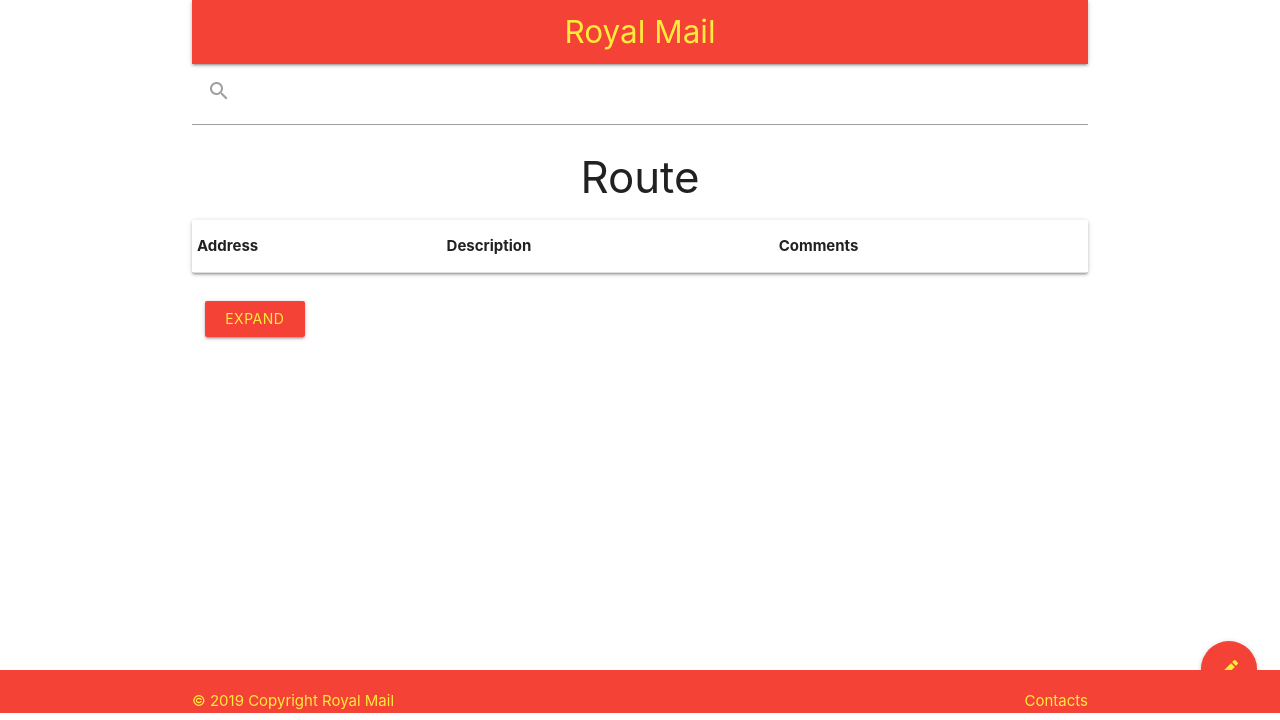
Repository: bandyp/Postal-Reminders
Page: http://localhost/goto_home
The author's editor kept a record of every edit. The page is drawn from the files as they stood at one moment, then again after the next edit.
The browser window is 1280 px wide. The pictures show the whole page.
The page is served by the project's application, run on Flask 3 (app.py).

Above is the page before.
Console error: ReferenceError: autoClose is not defined

After the next edit:
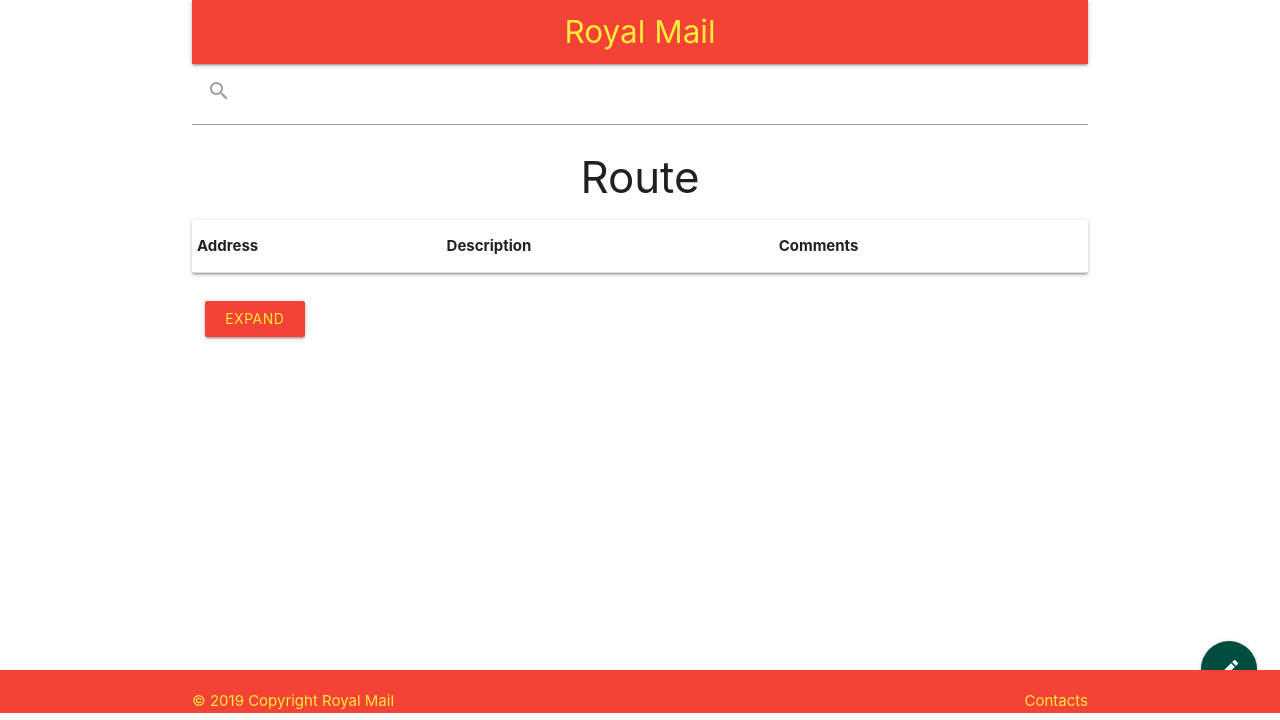
The edit:
--- a/templates/incidents.html
+++ b/templates/incidents.html
@@ -48,8 +48,8 @@
 </div>
 
 <div class="fixed-action-btn toolbar">
-  <a class="btn-floating btn-large red">
-      <i class="large yellow-text material-icons">mode_edit</i>
+  <a class="btn-floating btn-large teal darken-4">
+      <i class="large material-icons">mode_edit</i>
     </a>
   <ul>
     <li class="waves-effect waves-light red accent-4 label"><a href="{{ url_for('add_hazard') }}">HAZARD</a></li>
